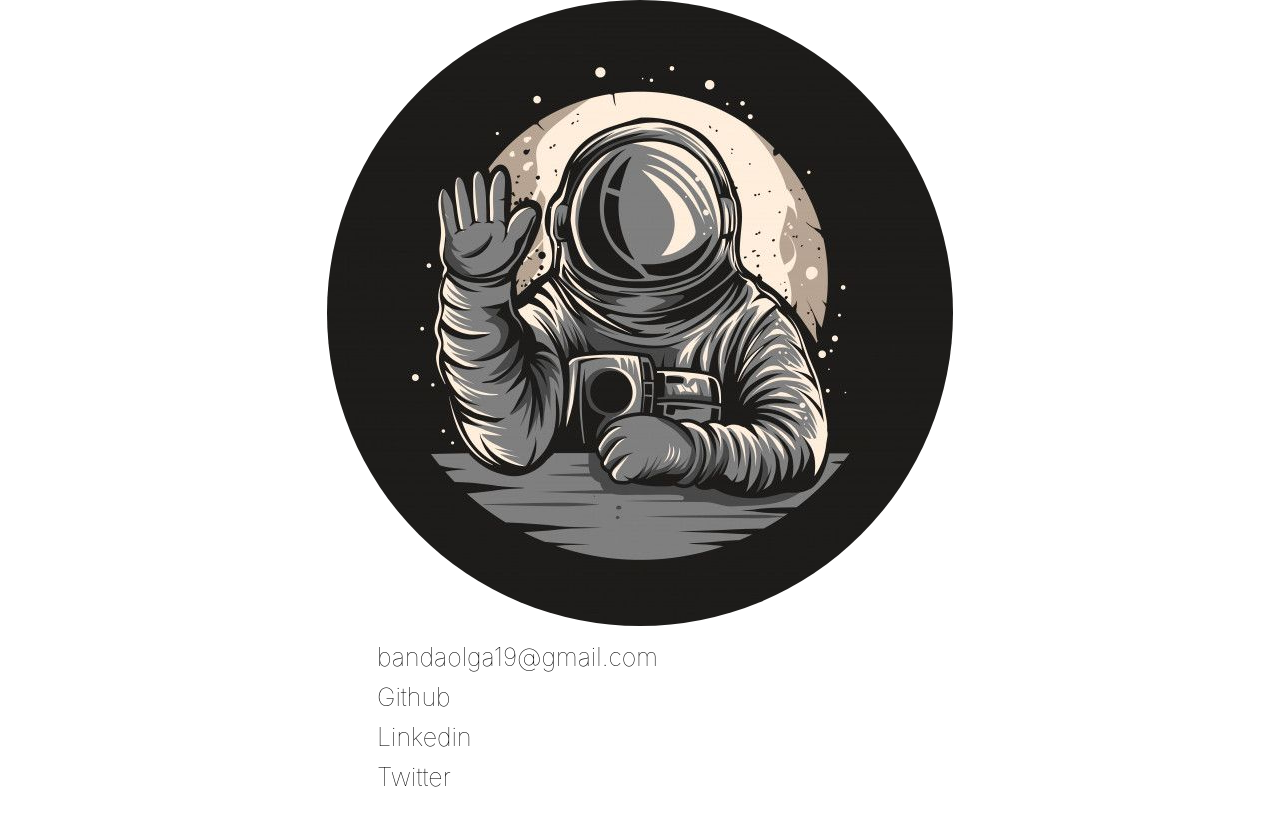
Repository: G1ft-Banda/My-portfolio-Website
Page: /
The author's editor kept a copy of each file at every save. The page is drawn from the files as they stood at one save, then again after the next save.
The browser window is 1280 px wide. The pictures show the whole page.
The project was rebuilt for these pictures with package versions that can differ from the ones it lists, and the page was loaded fresh each time. The framework's server and built-in components were replaced by stand-ins that run in the browser. Also part of the build but not shown: next.config.js.

Above is the page before, as saved 2022-09-29 11:03:44.

### pages/_app.js
import "../styles/globals.css";
import Head from "next/head";

function MyApp({ Component, pageProps }) {
  return (
    <>
      <Head>
        <script
          src="https://kit.fontawesome.com/d14a45b8f3.js"
          crossorigin="anonymous"
        ></script>
      </Head>
      <Component {...pageProps} />
    </>
  );
}

export default MyApp;

### pages/index.js
import Head from "next/head";
import Image from "next/image";

export default function Home() {
  return (
    <div>
      <Head>
        <title>Create Next App</title>
        <meta name="description" content="Generated by create next app" />
        <link rel="icon" href="/favicon.ico" />
      </Head>
      <main>
        <img className="avatar" src="/astronaut.jpg" />
        <ul>
          <li className="social-links">
            <i class="fa-solid fa-envelope"></i>
            <a href="#">bandaolga19@gmail.com</a>
          </li>
          <li className="social-links">
            <i class="fa-brands fa-github"></i>
            <a href="#">Github</a>
          </li>
          <li className="social-links">
            <i class="fa-brands fa-linkedin"></i>
            <a href="#">Linkedin</a>
          </li>
          <li className="social-links">
            <i class="fa-brands fa-twitter"></i>
            <a href="#">Twitter</a>
          </li>
        </ul>
      </main>
    </div>
  );
}

### styles/globals.css
html,
body {
  padding: 0;
  margin: 0;
  font-family: -apple-system, BlinkMacSystemFont, Segoe UI, Roboto, Oxygen,
    Ubuntu, Cantarell, Fira Sans, Droid Sans, Helvetica Neue, sans-serif;
}

a {
  color: inherit;
  text-decoration: none;
}

* {
  box-sizing: border-box;
}

main {
  min-width: 100vw;
  min-height: 100vh;
  display: grid;
  place-content: center;
}

.avatar {
  border-radius: 50%;
  max-width: fit-content;
  margin: auto;
}

.social-links {
  text-decoration: none;
  font-size: 25px;
  display: flex;
  gap: 10px;
  align-items: center;
  font-weight: 100;
  padding-bottom: 10px;
}

.social-links > i {
  font-size: 25px;
}

.social-links > a:hover {
  text-decoration: underline;
}

@media (prefers-color-scheme: dark) {
  html {
    color-scheme: dark;
  }
  body {
    color: white;
    background: black;
  }
}

After the next save:
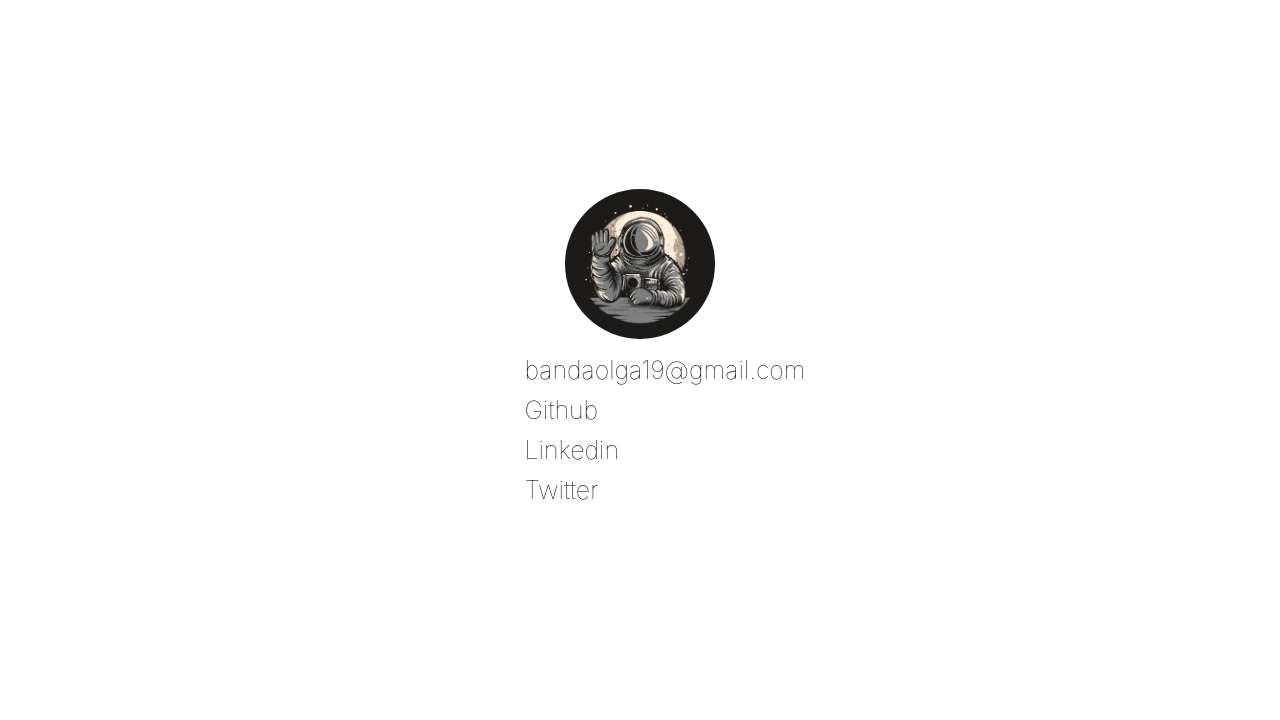
Saved 14 s later.
--- a/styles/globals.css
+++ b/styles/globals.css
@@ -26,6 +26,7 @@ main {
   border-radius: 50%;
   max-width: fit-content;
   margin: auto;
+  width: 150px;
 }
 
 .social-links {
